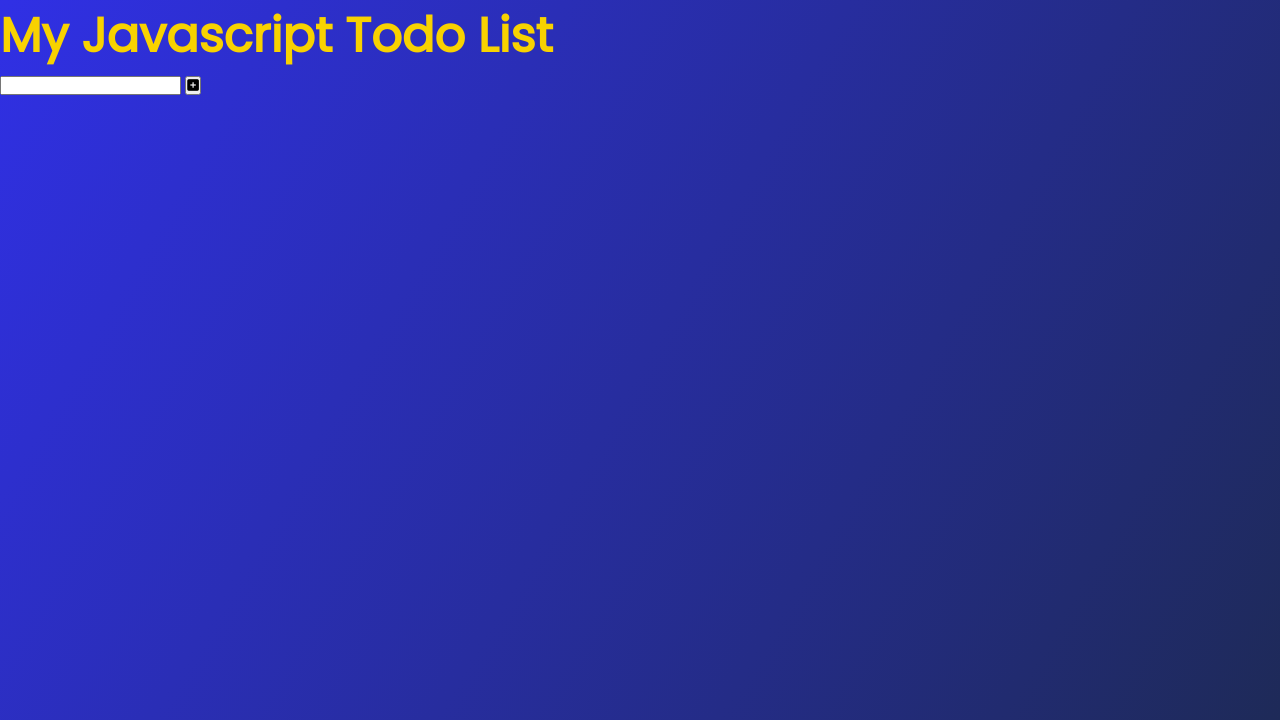
Repository: LuisMiLR/JavaScript-Todo-List
Page: index.html
The author's editor kept a copy of each file at every save. The page is drawn from the files as they stood at one save, then again after the next save.
The browser window is 1280 px wide. The pictures show the whole page.

Above is the page before, as saved 2023-05-01 13:31:06.

### index.html
<!DOCTYPE html>
<html lang="en">
<head>
    <meta charset="UTF-8">
    <meta http-equiv="X-UA-Compatible" content="IE=edge">
    <meta name="viewport" content="width=device-width, initial-scale=1.0">
    <title>My Javascript Todo List</title>
    <link rel="stylesheet" href="style.css">
    <link href="https://fonts.googleapis.com/css2?family=Orbitron:wght@400;700&family=Poppins:wght@200;400&display=swap" rel="stylesheet">
    <link rel="stylesheet" href="https://cdnjs.cloudflare.com/ajax/libs/font-awesome/6.4.0/css/all.min.css" integrity="sha512-iecdLmaskl7CVkqkXNQ/ZH/XLlvWZOJyj7Yy7tcenmpD1ypASozpmT/E0iPtmFIB46ZmdtAc9eNBvH0H/ZpiBw==" crossorigin="anonymous" referrerpolicy="no-referrer" />
</head>
<body>

    <header>
        <h1>My Javascript Todo List </h1>
    </header>
    <form>
        <input type="text" class="todo-input">
        <button class="todo-button" type="submit">
        <i class="fa-solid fa-square-plus"></i>
        </button>
    </form>
    <div class="todo-container">
        <ul class="todo-list">
        </ul>
    </div>


</body>
</html>

### style.css
*{
    margin: 0;
    padding: 0;
    box-sizing: border-box;
}

body {
    background-image: linear-gradient(120deg, #3030e5,#1e2a58);
    color: rgb(248, 210, 0);
    min-height: 100vh;
    font-family: "poppins",sans-serif;
}

header{
    font-size: 1.5rem;
}
header, form {
    min-height: ;
}

After the next save:
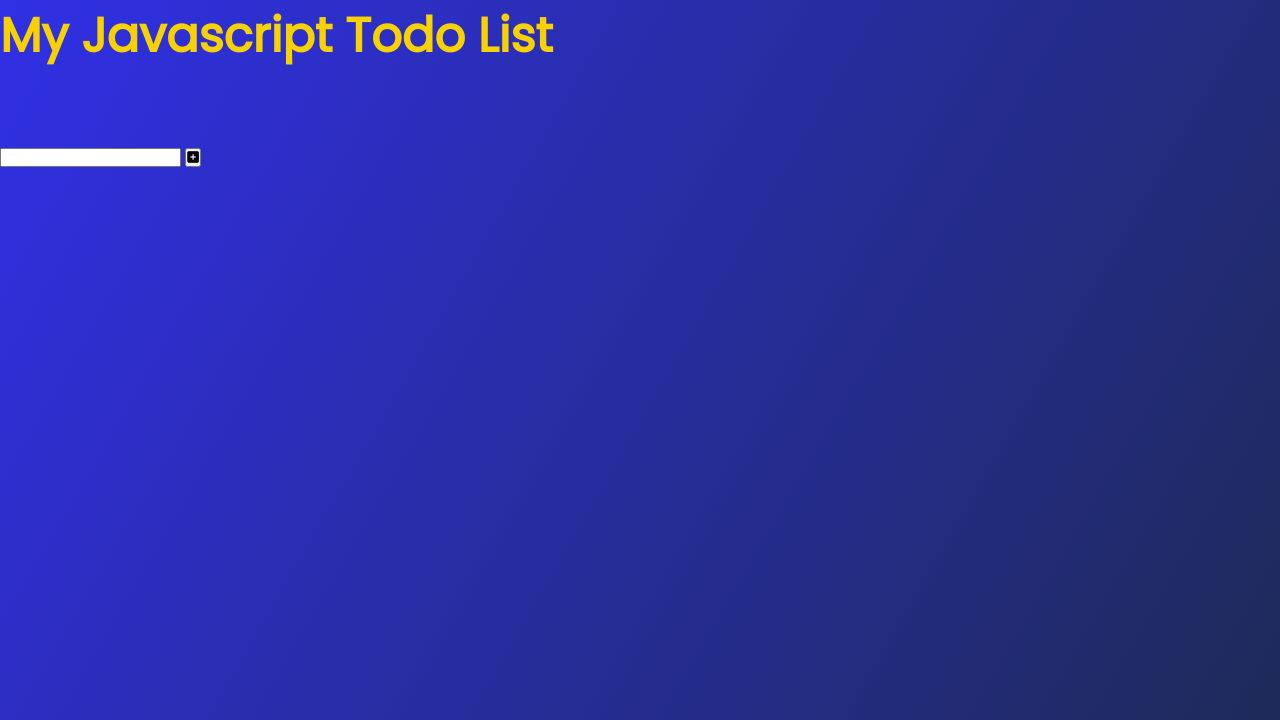
Saved 4 s later.
--- a/style.css
+++ b/style.css
@@ -15,5 +15,5 @@ header{
     font-size: 1.5rem;
 }
 header, form {
-    min-height: ;
+    min-height: 20vh;
 }
